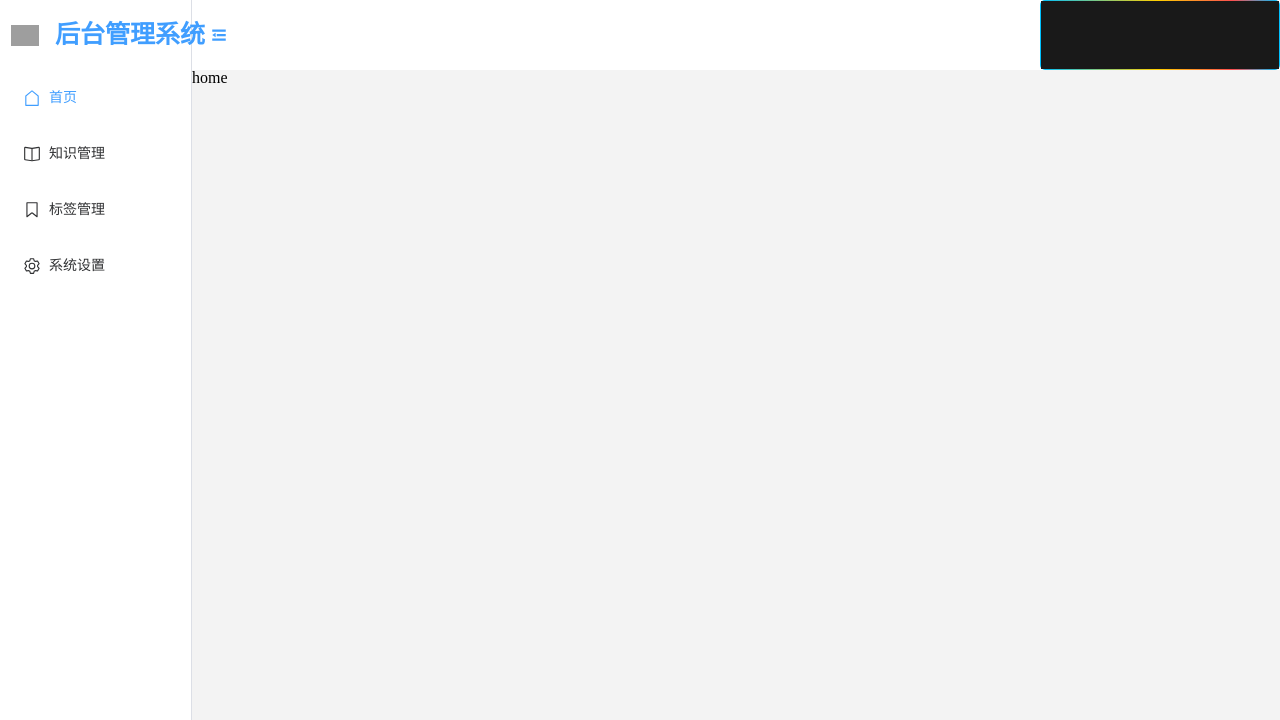
Repository: serrrN/admin
Page: /
The author's editor kept a copy of each file at every save. The page is drawn from the files as they stood at one save, then again after the next save.
The browser window is 1280 px wide. The pictures show the whole page.
Pictures or frames that could not be fetched are drawn as grey boxes. The project was rebuilt for these pictures with package versions that can differ from the ones it lists, and the page was loaded fresh each time. Also part of the build but not shown: vite.config.ts, src/styles/index.scss.

Above is the page before, as saved 2024-06-05 16:34:23.

### src/main.ts
import { createApp } from 'vue'
import App from './App.vue'
import ElementPlus from 'element-plus'
import zhCn from 'element-plus/es/locale/lang/zh-cn'
import * as ElementPlusIconsVue from '@element-plus/icons-vue'
import router from './router'
import 'reset-css'
import './styles/index.scss'
import pinia from '@/store/index'
const app = createApp(App)
for (const [key, component] of Object.entries(ElementPlusIconsVue)) {
  app.component(key, component)
}
app.use(pinia)
app.use(ElementPlus, { locale: zhCn })
app.use(router)
app.mount('#app')

### src/App.vue
<script setup lang="ts"></script>

<template>
  <router-view></router-view>
</template>

<style>
* {
  box-sizing: border-box;
}
#app,
html,
body {
  width: 100%;
  height: 100%;
}
</style>

### src/router/index.ts
import { createRouter, createWebHistory } from 'vue-router'
import routes from './routes'
const router = createRouter({
  history: createWebHistory(),
  routes,
})
export default router

### src/router/routes.ts
const routes = [
  {
    path: '/',
    name: 'home',
    redirect: '/home',
    component: () => import('@/layout/index.vue'),
    children: [
      {
        path: '/home',
        component: () => import('@/views/home/index.vue'),
      },
      {
        path: '/knowledgeManage',
        component: () => import('@/views/knowledgeManage/index.vue'),
      },
      {
        path: '/tagManage',
        component: () => import('@/views/tagManage/index.vue'),
      },
      {
        path: "/systemSetting",
        component:()=>import("@/views/systemSetting/index.vue")
      }
    ],
  },
]

export default routes

### src/styles/variable.scss
//主题色
$theme-color:rgb(64, 158, 255);

// 布局容器左边宽度
$layout-container-left-max-width:15%;

// 布局容器左边塌陷后宽度
$layout-container-left-min-width:3.79%;

// 布局容器头部高度
$layout-container-header-height:70px;

### src/layout/index.vue
<template>
  <div class="layout-container">
    <div :class="systemStore.isCollapse?'left left-collapse':'left'" >
      <Menu />
    </div>
    <div :class="systemStore.isCollapse?'right right-collapse':'right'">
      <div class="header"><Header /></div>
      <div class="main"><Main/></div>
    </div>
  </div>
</template>

<script lang="ts" setup>
import Menu from './menu/index.vue'
import Header from './header/index.vue'
import Main from './main/index.vue'

import {useSystemStore} from "@/store/modules/system"
const systemStore = useSystemStore()
</script>

<style scoped lang="scss">
.layout-container {
  width: 100%;
  height: 100%;
  display: flex;
  background-color: #f3f3f3;
  .left {
    height: 100%;
    width: $layout-container-left-max-width;
    transition: all linear 0.5s;
  }
  .left-collapse{
    width:$layout-container-left-min-width;
  }
  .right {
    width: calc(100% - $layout-container-left-max-width);
    transition: all linear 0.5s;
    .header {
      width: 100%;
      height: $layout-container-header-height;
      display: flex;
      justify-content:flex-end;
      background-color: white;
    }
    .main {
      height: calc(100% - $layout-container-header-height);
      width: calc(100%);
    }
  }
  .right-collapse{
    width:calc(100% - $layout-container-left-min-width);
  }

}
</style>

### src/views/home/index.vue
<template>
home
</template>
<script setup lang="ts">

</script>
<style lang="scss" scoped>

</style>

### src/layout/menu/index.vue
<template>
  <el-menu
    default-active="home"
    :class="systemStore.isCollapse?'el-menu-vertical-collapse':'el-menu-vertical'"
    :collapse="systemStore.isCollapse"
    :router="true"
    collapse-transition
    @open="handleOpen"
    @close="handleClose"
  >
    <div class="header">
      <div class="manage-msg" v-show="!systemStore.isCollapse">
        <div class="logo-wrapped">
          <img src="/vite.svg" class="logo" alt="Vite logo" />
        </div>
        <div class="name">后台管理系统</div>
      </div>
      <div class="fold-icon-wrapped" @click="handleCollapse">
        <el-icon size="18" color="rgb(64, 158, 255)">
          <component :is="systemStore.isCollapse?'Expand':'Fold'"></component>
        </el-icon>
      </div>
    </div>

    <el-menu-item index="home">
      <el-icon><House /></el-icon>
      <template #title>首页</template>
    </el-menu-item>
    <el-menu-item index="knowledgeManage">
      <el-icon><reading /></el-icon>
      <template #title>知识管理</template>
    </el-menu-item>
    <el-menu-item index="tagManage">
      <el-icon><CollectionTag /></el-icon>
      <template #title>标签管理</template>
    </el-menu-item>
    <el-menu-item index="systemSetting">
      <el-icon><setting /></el-icon>
      <template #title>系统设置</template>
    </el-menu-item>
  </el-menu>
</template>

<script lang="ts" setup>
import {useSystemStore} from "@/store/modules/system"
const systemStore = useSystemStore()

const handleOpen = (key: string, keyPath: string[]) => {
  console.log(key, keyPath)
}
const handleClose = (key: string, keyPath: string[]) => {
  console.log(key, keyPath)
}
const handleCollapse = () => {
  systemStore.isCollapse = !systemStore.isCollapse

}
</script>

<style lang="scss" scoped>
.el-menu {
  height: 100%;
  // 管理系统菜单头部(展示名字和logo)
  .header {
    display: flex;
    height: 70px;
    line-height: 70px;
    justify-content: space-between;
    transition: all 1s;
    //管理系统信息
    .manage-msg {
      display: flex;
      // logo容器
      .logo-wrapped {
        line-height: 50px;
        height: 100%;
        display: flex;
        align-items: center;
        justify-content: center;
        width: 50px;
        .logo {
          width: 28px;
        }
      }
      // 管理系统名称
      .name {
        text-align: center;
        font-size: 25px;
        width: 160px;
        color: $theme-color;
        font-weight: 600;
      }
    }

    // 折叠图标容器
    .fold-icon-wrapped {
      width: 100%;
      display: flex;
      align-items: center;
      justify-content: center;
    }
  }

  //菜单名称
  .el-menu-item span {
    color: rgb(48, 49, 51);
    font-weight: 400;
    font-size: 17px;
    line-height: 56px;
    font-family: 'Helvetica Neue', Helvetica, 'PingFang SC', 'Hiragino';
  }
}
// 菜单不处于塌陷状态
.el-menu-vertical:not(.el-menu--collapse) {
  width: 100%;
  min-height: 100%;
  min-width: 20%;
}


</style>

### src/layout/header/index.vue
<template>
  <Menu/>
</template>
<script setup lang="ts">
// import Tabs from './tabs/index.vue'
import Menu from './menu/index.vue'
</script>
<style lang="scss" scoped></style>

### src/layout/main/index.vue
<template>
  <router-view></router-view>
</template>
<script setup lang="ts"></script>
<style lang="scss" scoped></style>

### src/store/modules/system.ts
import { defineStore } from 'pinia'
import { ref } from 'vue'
export const useSystemStore = defineStore('system', () => {
  const isCollapse = ref(false)

  return { isCollapse }
})

### src/layout/header/menu/index.vue
<template>
  <div class="header-menu"></div>
</template>
<script setup lang="ts"></script>
<style lang="scss" scoped>
.header-menu {
  width: 240px;
  background-image: linear-gradient(
    90deg,
    #00c0ff 0%,
    #ffcf00 49%,
    #fc4f4f 80%,
    #00c0ff 100%
  );
  border-radius: 5px;
  display: flex;
  justify-content: center;
  align-items: center;
  cursor: pointer;
  position: relative;
  &::after {
    content: "";
    width: 238px;
    height: 68px;
    background-color: #191919;
    display: flex;
    align-items: center;
    justify-content: center;
  }
}
</style>

Loaded but not shown: index.html (common file); src/store/index.ts (common file)

After the next save:
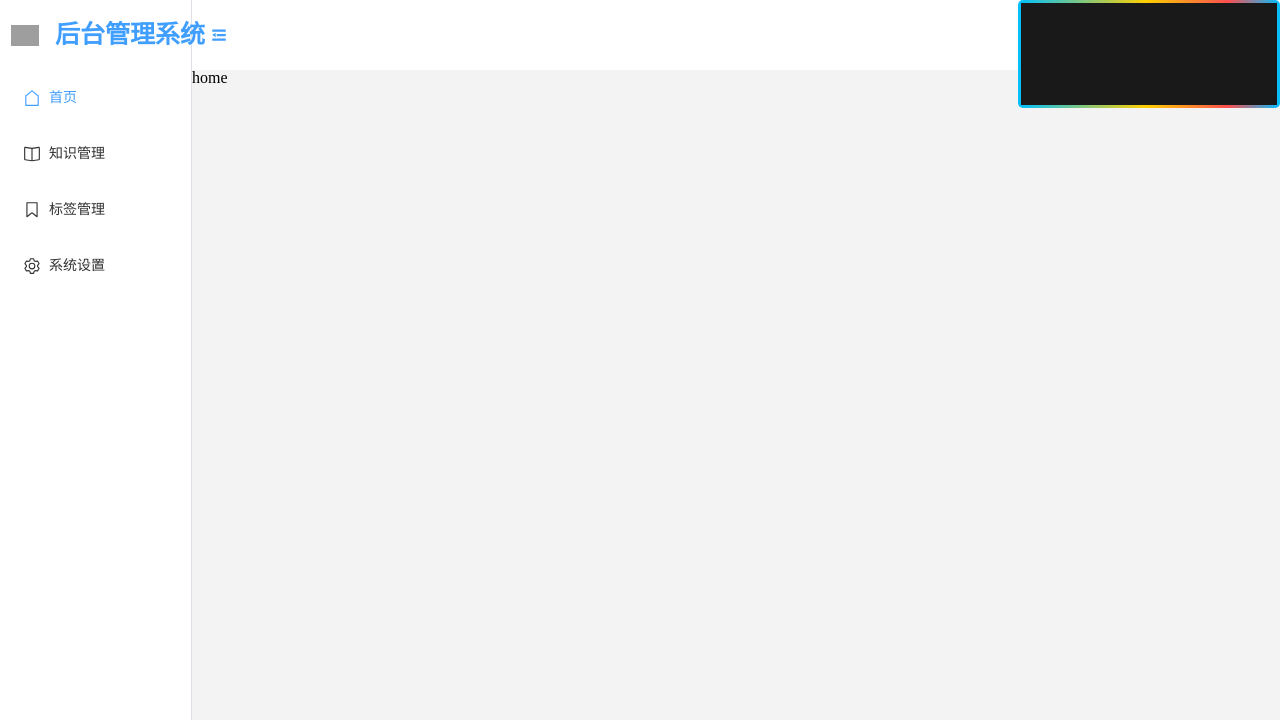
Saved 33 s later.
--- a/src/layout/header/menu/index.vue
+++ b/src/layout/header/menu/index.vue
@@ -4,7 +4,8 @@
 <script setup lang="ts"></script>
 <style lang="scss" scoped>
 .header-menu {
-  width: 240px;
+  width: calc(20vw + 6px);
+  height: calc(8vw + 6px);
   background-image: linear-gradient(
     90deg,
     #00c0ff 0%,
@@ -19,9 +20,9 @@
   cursor: pointer;
   position: relative;
   &::after {
-    content: "";
-    width: 238px;
-    height: 68px;
+    content: '';
+    width: calc(20vw);
+    height: calc(8vw);
     background-color: #191919;
     display: flex;
     align-items: center;
